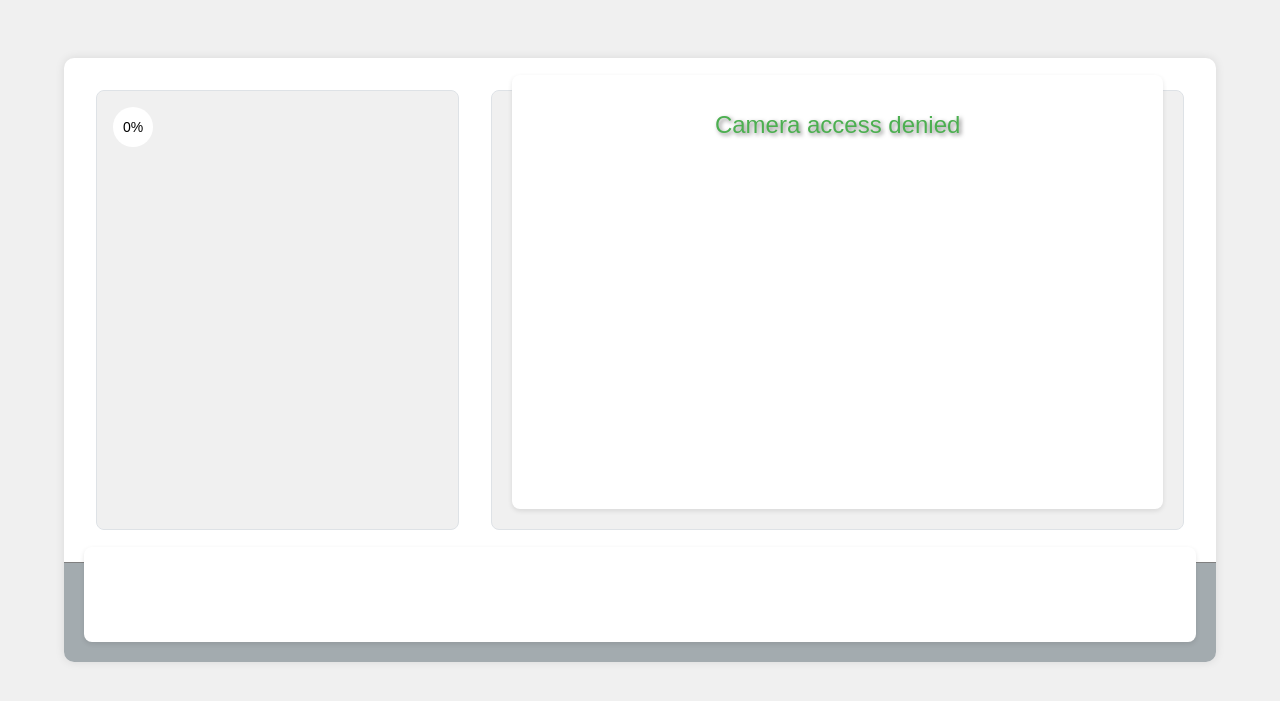
Repository: Ayaanns/E-kyc-BE-project
Page: http://localhost/
The author's editor kept a copy of each file at every save. The page is drawn from the files as they stood at one save, then again after the next save.
The browser window is 1280 px wide. The pictures show the whole page.
The page is served by the project's application, run on Django 4.2 (manage.py). A made-up administrator, testuser (Test User, test@example.com), is signed in. Other server files are loaded and not shown.

Above is the page before, as saved 2025-03-02 02:00:41.

### templates/home.html
<!DOCTYPE html>
<html lang="en">
<head>
    {% load static %}
    <meta charset="UTF-8">
    <meta name="viewport" content="width=device-width, initial-scale=1.0">
    <link rel="stylesheet" href="{% static 'styles.css' %}">
    <style>
        .webcam-feed {
            position: relative;
            width: 100%;
            height: auto;
        }

        .webcam-feed video {
            width: 100%;
            height: auto;
            border-radius: 15px;
            object-fit: cover;
        }

        /* Overlay container for status indicators */
        .status-overlay {
            position: absolute;
            top: 0;
            left: 0;
            right: 0;
            z-index: 10;
            padding: 20px;
            /* background: linear-gradient(to bottom, rgba(0,0,0,0.7) 0%, transparent 100%); */
            border-radius: 15px 15px 0 0;
        }

        .status-indicators {
            display: flex;
            justify-content: space-around;
            margin: 10px 0;
            font-size: 1.2em;
        }

        .status-box {
            /* background: rgba(0,0,0,0.6); */
            padding: 10px 20px;
            border-radius: 8px;
            text-align: center;
            color: white;
            border: 1px solid rgba(255,255,255,0.3);
            backdrop-filter: blur(.5px);
        }

        .verification-message {
            font-size: 1.5em;
            color: #4caf50;
            text-align: center;
            margin: 0 0 10px 0;
            text-shadow: 2px 2px 4px rgba(0,0,0,0.5);
        }

        .questions {
            position: absolute;
            bottom: 20px;
            left: 0;
            right: 0;
            text-align: center;
            color: white;
            /* background: rgba(0,0,0,0.6); */
            padding: 10px;
            margin: 0 20px;
            border-radius: 8px;
            backdrop-filter: blur(5px);
        }
    </style>
</head>
<body>
    <div class="container">
        <div class="content">
            <div class="result-feed">
                <div class="completion-circle" id="completion-circle">0%</div>
            </div>
            <div class="webcam-feed">
                <video id="webcam" autoplay></video>
                <div class="status-overlay">
                    <div class="verification-message" id="messageText">Starting verification...</div>
                    <div class="status-indicators">
                        <div class="status-box">
                            Wave count: <span id="waveCount">0</span>/2
                        </div>
                        <div class="status-box">
                            Blink count: <span id="blinkCount">0</span>/3
                        </div>
                    </div>
                </div>
                <canvas id="canvasElement" style="display:none;"></canvas>
                <div class="questions" id="questions">Please follow the instructions...</div>
            </div>
        </div>
        <div class="transcript-section">
            <span class="questions">User Transcript</span>
            <p id="transcript"></p>
        </div>
    </div>

    <script>
        // Existing initialization code
        const video = document.getElementById('webcam');
        const canvas = document.getElementById('canvasElement');
        const ctx = canvas.getContext('2d');
        let verificationComplete = false;

        // Initialize webcam with human verification
        async function initCamera() {
            try {
                const stream = await navigator.mediaDevices.getUserMedia({ video: true });
                video.srcObject = stream;
                startVerificationProcess();
            } catch (err) {
                console.error("Error accessing camera:", err);
                document.getElementById('messageText').textContent = "Camera access denied";
            }
        }

        // Process frames for verification
        function processFrame() {
            if (verificationComplete) return;

            if (video.readyState === video.HAVE_ENOUGH_DATA) {
                canvas.width = video.videoWidth;
                canvas.height = video.videoHeight;
                ctx.drawImage(video, 0, 0);

                const frameData = canvas.toDataURL('image/jpeg');

                // Update the fetch URL to match the Django URL pattern
                fetch('{% url "process_frame" %}', {
                    method: 'POST',
                    headers: {
                        'Content-Type': 'application/json',
                        'X-CSRFToken': getCookie('csrftoken')
                    },
                    body: JSON.stringify({
                        frame: frameData
                    })
                })
                .then(response => response.json())
                .then(data => {
                    updateVerificationUI(data);
                    if (!data.phase_complete) {
                        requestAnimationFrame(processFrame);
                    }
                })
                .catch(err => {
                    console.error("Error:", err);
                    requestAnimationFrame(processFrame);
                });
            } else {
                requestAnimationFrame(processFrame);
            }
        }

        // Update UI with verification status
        function updateVerificationUI(data) {
            document.getElementById('messageText').textContent = data.message;
            document.getElementById('waveCount').textContent = data.wave_count;
            document.getElementById('blinkCount').textContent = data.blink_count;

            // Calculate completion percentage
            const totalSteps = 5; // 2 waves + 3 blinks
            const completedSteps = data.wave_count + data.blink_count;
            const percentage = Math.round((completedSteps / totalSteps) * 100);
            updateProgressCircle(percentage);

            if (data.phase_complete) {
                verificationComplete = true;
                startNLPProcess();
            }
        }

        // Existing helper functions
        function updateProgressCircle(percentage) {
            const circle = document.getElementById('completion-circle');
            circle.textContent = percentage + '%';
            circle.style.background = `conic-gradient(#4caf50 ${percentage * 3.6}deg, #ddd ${percentage * 3.6}deg)`;
        }

        function updateTranscript(data) {
            const transcript = document.getElementById('transcript');
            transcript.textContent = `First Name: ${data.first_name}, Last Name: ${data.last_name}, Age: ${data.age}, Phone: ${data.phone}`;
        }

        function askQuestion(question) {
            const questionsDiv = document.getElementById('questions');
            questionsDiv.textContent = question;
        }

        function startVerificationProcess() {
            document.getElementById('messageText').textContent = "Wave your hand to begin";
            processFrame();
        }

        // Modified startNLPProcess
        function startNLPProcess() {
            document.getElementById('messageText').textContent = "Verification complete! Starting voice recognition...";
            fetch('/nlp_process/')
                .then(response => response.json())
                .then(data => {
                    if (data.status === 'success') {
                        updateTranscript(data);
                        askQuestion("NLP process complete.");
                    } else {
                        askQuestion("NLP process failed.");
                    }
                })
                .catch(error => console.error('Error:', error));
        }

        // Get CSRF token
        function getCookie(name) {
            let cookieValue = null;
            if (document.cookie && document.cookie !== '') {
                const cookies = document.cookie.split(';');
                for (let i = 0; i < cookies.length; i++) {
                    const cookie = cookies[i].trim();
                    if (cookie.substring(0, name.length + 1) === (name + '=')) {
                        cookieValue = decodeURIComponent(cookie.substring(name.length + 1));
                        break;
                    }
                }
            }
            return cookieValue;
        }

        // Start the process
        document.addEventListener('DOMContentLoaded', (event) => {
            initCamera();
        });
    </script>
</body>
</html>

### ekyc/models.py
from django.db import models
from django.contrib.auth.models import AbstractBaseUser, PermissionsMixin, BaseUserManager
from django.utils import timezone
import random

class CustomUserManager(BaseUserManager):
    def create_user(self, email, username, password=None, **extra_fields):
        if not email:
            raise ValueError("The Email field must be set")
        email = self.normalize_email(email)
        user = self.model(email=email, username=username, **extra_fields)
        user.set_password(password)
        user.save(using=self._db)
        return user

    def create_superuser(self, email, username, password=None, **extra_fields):
        #extra_fields.setdefault('is_staff', True)
        extra_fields.setdefault('is_superuser', True)

        # if not extra_fields.get('is_staff'):
        #     raise ValueError("Superuser must have is_staff=True.")
        if not extra_fields.get('is_superuser'):
            raise ValueError("Superuser must have is_superuser=True.")

        return self.create_user(email, username, password, **extra_fields)

class CustomUser(AbstractBaseUser, PermissionsMixin):
    email = models.EmailField(unique=True)
    username = models.CharField(max_length=150, unique=True)
    is_active = models.BooleanField(default=True)
    pin = models.CharField(max_length=6)
    created_at = models.DateTimeField(auto_now_add=True)
    expires_at = models.DateTimeField(default=timezone.now)
    is_verified = models.BooleanField(default=True)

    objects = CustomUserManager()

    USERNAME_FIELD = 'email'
    REQUIRED_FIELDS = ['username']

    def __str__(self):
        return self.email


    def generate_pin(self):
        self.pin = str(random.randint(100000, 999999))
        self.expires_at = timezone.now() + timezone.timedelta(minutes=2)
        self.save()
        return self.pin

    def verify_pin(self, entered_pin):
        if timezone.now() > self.expires_at:
            return False, "PIN has Expired!"

        if self.pin != entered_pin:
            return False, "Incorrect PIN!"

        self.is_verified = True
        self.save()
        return True, "Email Successfully Verified!"


#models for sending the code and receving the code.
# class SendCode(models.Model): #for sending the code
#     email = models.OneToOneField(CustomUser, null=True, on_delete=models.CASCADE)
#     send_code = models.CharField(max_length=20)
#
#     def __str__(self):
#         return self.send_code
#
# class ReceivedCode(models.Model): #for sending the code
#     email = models.OneToOneField(CustomUser, null=True, on_delete=models.CASCADE)
#     receive_code = models.CharField(max_length=20)
#
#     def __str__(self):
#         return self.receive_code

# Create your models here.
class KYCSession(models.Model):
    name = models.CharField(max_length=100)
    birth_date = models.DateField()
    id_card_image = models.ImageField(upload_to='id_cards/')
    liveness_score = models.FloatField()
    result = models.TextField()
    created_at = models.DateTimeField(auto_now_add=True)

    def __str__(self):
        return self.name

### ekyc/views.py
from django.shortcuts import render, redirect
from django.urls import reverse_lazy
from django.contrib.auth.decorators import login_required
from django.contrib.auth import login, authenticate, get_user_model
from django.contrib.messages.views import SuccessMessageMixin
from django.contrib.auth.views import LoginView
from django.contrib import messages
from django.core.mail import send_mail
from django.conf import settings
from django.http import JsonResponse
from django.views.decorators.csrf import csrf_exempt
import numpy as np
import cv2
import json
import base64

import threading

from .forms import CustomUserCreationForm, CustomAuthenticationForm, PinVerificationForm
from ekyc import logger
from .models import CustomUser
from .HumanV import HumanVerificationSystem
from .NLP import UserInfo, get_user_info
from .OCR import capture_image_with_guide, extract_text_with_confidence, extract_aadhar_details

User = get_user_model()

def send_verification_email(user):
    subject = "Email Verification PIN"
    message = f"""
    Hello {user.username},

    Your email verification PIN is: {user.pin}

    This PIN will expire in 24 hours.

    Thank you,
    Your Website Team
    """
    from_email = settings.DEFAULT_FROM_EMAIL
    recipient_list = [user.email]

    send_mail(subject, message, from_email, recipient_list)

@login_required
def ekyc_home(request):
    return render(request, 'home.html')

def signup_view(request):
    logger.info("into the signup page view")
    if request.method == 'POST':
        form = CustomUserCreationForm(request.POST)
        if form.is_valid():
            user = form.save(commit=False)
            user.is_active = True  # User needs to be active to log in
            user.is_verified = False  # But not verified yet
            user.generate_pin()
            user.save()

            # Send verification email
            send_verification_email(user)

            # Log in the user after signup
            raw_password = form.cleaned_data.get('password1')
            user = authenticate(email=user.email, password=raw_password)
            if user is not None:
                login(request, user)
                messages.success(request, f"Verification PIN sent to {user.email}.")
                return redirect('verify_pin')
    else:
        form = CustomUserCreationForm()
    return render(request, 'signup.html', {'form': form})

@login_required
def verify_pin(request):
    user = request.user

    if user.is_verified:
        messages.info(request, "Your email is already verified.")
        return redirect("ekyc_home")

    if request.method == "POST":
        form = PinVerificationForm(request.POST)
        if form.is_valid():
            entered_pin = form.cleaned_data.get('pin')
            success, message = user.verify_pin(entered_pin)

            if success:
                user.is_verified = True
                user.save()
                messages.success(request, message)
                return redirect('ekyc_home')
            else:
                messages.error(request, message)
    else:
        form = PinVerificationForm()

    return render(request, 'signup.html', {'form': form})

class Login(SuccessMessageMixin, LoginView):
    template_name = 'login.html'
    success_url = reverse_lazy('ekyc_home')
    success_message = "Successfully logged in!"
    form_class = CustomAuthenticationForm

    def get_success_url(self):
        return self.success_url

    def form_valid(self, form):
        """Security check complete. Log the user in."""
        user = form.get_user()
        if not user.is_verified:
            messages.error(self.request, "Please verify your email before logging in.")
            login(self.request, user)
            return redirect('verify_pin')
        return super().form_valid(form)

#--MAIN FEATURS HERE ---------------------------------
@login_required
def process_video(request):
    logger.info("INTO THE process_video PAGE RIGHT NOW!")
    if request.method == "POST":
        video_feed = request.FILES.get('video')
        liveness_score = 0.95
        return JsonResponse({'liveness_score': liveness_score})
    return JsonResponse({'error': 'invalide request'})


@login_required
def process_id_card(request):
    logger.info("INTO THE process_id_card PAGE RIGHT NOW!")
    if request.method == "POST":
        id_image = request.FILES.get('id_image')
        result = "Valid ID"
        return JsonResponse({'result': result})
    return JsonResponse({'error': 'invalide request'})

def home(request):
    return render(request, 'home.html')

@login_required
def human_verification(request):
    """Handle both GET (initial page load) and POST (frame processing) requests"""
    if request.method == 'GET':
        return render(request, 'human_verification.html')

    elif request.method == 'POST':
        try:
            data = json.loads(request.body)
            frame_data = data.get('frame')

            if not frame_data:
                return JsonResponse({
                    'status': 'error',
                    'message': 'No frame data provided'
                })

            # Process the frame using verifier
            frame_bytes = base64.b64decode(frame_data.split(',')[1])
            frame_arr = np.frombuffer(frame_bytes, np.uint8)
            frame = cv2.imdecode(frame_arr, cv2.IMREAD_COLOR)

            result = verifier.verify_frame(frame)
            return JsonResponse(result)

        except Exception as e:
            logger.error(f"Error in human verification: {str(e)}")
            return JsonResponse({
                'status': 'error',
                'message': str(e)
            })

    return JsonResponse({
        'status': 'error',
        'message': 'Invalid request method'
    })

def nlp_process(request):
    user_info = UserInfo()
    stop_event = threading.Event()
    info_thread = threading.Thread(target=get_user_info, args=(stop_event, user_info))
    info_thread.start()
    info_thread.join()
    return JsonResponse({
        'status': 'success',
        'first_name': user_info.first_name,
        'last_name': user_info.last_name,
        'age': user_info.age,
        'phone': user_info.phone
    })

def ocr_process(request):
    image_path = capture_image_with_guide()
    if not image_path:
        return JsonResponse({'status': 'failure', 'message': 'Image capture failed.'})

    text_results = extract_text_with_confidence(image_path)
    if not text_results:
        return JsonResponse({'status': 'failure', 'message': 'No text could be extracted from the image.'})

    details = extract_aadhar_details(text_results)
    return JsonResponse(details)

verifier = HumanVerificationSystem()

@csrf_exempt
def process_frame(request):
    if request.method != 'POST':
        return JsonResponse({'error': 'Only POST requests are allowed'})

    try:
        data = json.loads(request.body)
        frame_data = data.get('frame')

        if not frame_data:
            return JsonResponse({'error': 'No frame data provided'})

        # Convert base64 to frame
        frame_bytes = base64.b64decode(frame_data.split(',')[1])
        frame_arr = np.frombuffer(frame_bytes, np.uint8)
        frame = cv2.imdecode(frame_arr, cv2.IMREAD_COLOR)

        # Process frame
        result = verifier.verify_frame(frame)
        return JsonResponse(result)

    except Exception as e:
        return JsonResponse({'error': str(e)})

@csrf_exempt
def capture_photo(request):
    if request.method != 'POST':
        return JsonResponse({'error': 'Only POST requests are allowed'})

    try:
        data = json.loads(request.body)
        frame_data = data.get('frame')

        if not frame_data:
            return JsonResponse({'error': 'No frame data provided'})

        # Convert base64 to frame
        frame_bytes = base64.b64decode(frame_data.split(',')[1])
        frame_arr = np.frombuffer(frame_bytes, np.uint8)
        frame = cv2.imdecode(frame_arr, cv2.IMREAD_COLOR)

        # Save photo
        filename = verifier.save_photo(frame)
        if filename:
            return JsonResponse({'success': True, 'filename': filename})
        else:
            return JsonResponse({'error': 'Failed to save photo'})

    except Exception as e:
        return JsonResponse({'error': str(e)})

### ekyc_project/urls.py
"""
URL configuration for ekyc_project project.

The `urlpatterns` list routes URLs to views. For more information please see:
    https://docs.djangoproject.com/en/4.2/topics/http/urls/
Examples:
Function views
    1. Add an import:  from my_app import views
    2. Add a URL to urlpatterns:  path('', views.home, name='home')
Class-based views
    1. Add an import:  from other_app.views import Home
    2. Add a URL to urlpatterns:  path('', Home.as_view(), name='home')
Including another URLconf
    1. Import the include() function: from django.urls import include, path
    2. Add a URL to urlpatterns:  path('blog/', include('blog.urls'))
"""

from django.contrib import admin
from django.urls import path, include

urlpatterns = [
    path("admin/", admin.site.urls),
    path('', include('ekyc.urls')),  # Include ekyc app URLs
]

### ekyc/urls.py
from django.urls import path
from . import views

urlpatterns = [
    path('', views.ekyc_home, name="ekyc_home"),
    path('process_video/', views.process_video, name="process_video"),
    path('process_id_card/', views.process_id_card, name="process_id_card"),
    path('human_verification/', views.human_verification, name='human_verification'),
    path('nlp_process/', views.nlp_process, name='nlp_process'),
    path('ocr_process/', views.ocr_process, name='ocr_process'),
    path('process_frame/', views.process_frame, name='process_frame'),
    path('capture_photo/', views.capture_photo, name='capture_photo'),

    #login related routes
    path('login/', views.Login.as_view(), name="login"),
    path('signup/', views.signup_view, name="signup"),
    path('verify/', views.verify_pin, name="verify_pin"),
]

### ekyc/static/styles.css
* {
    margin: 0;
    padding: 0;
    box-sizing: border-box;
}

body {
    font-family: Arial, sans-serif;
    background-color: #f0f0f0;
    height: 100vh;
    display: flex;
    justify-content: center;
    align-items: center;
}

.container {
    width: 90%;
    max-width: 1200px;
    background: white;
    border-radius: 10px;
    box-shadow: 0 0 10px rgba(0,0,0,0.1);
    overflow: hidden;
}

.navbar {
    background: #f8f9fa;
    padding: 1rem;
    border-bottom: 1px solid #dee2e6;
}

.content {
    display: flex;
    padding: 2rem;
    gap: 2rem;
    height: 70vh;
}

.webcam-feed {
    flex: 2;
    background: #f0f0f0;
    border-radius: 8px;
    padding: 1rem;
    position: relative;
    border: 1px solid#dee2e6;
}

.result-feed {
    flex: 1;
    background: #f0f0f0;
    border-radius: 8px;
    padding: 1rem;
    border: 1px solid#dee2e6;
}

.questions {
    top: -1em;
    left: -.4em;
    position: absolute;
    background: white;
    padding: 0.5rem 1rem;
    border-radius: 20px;
    box-shadow: 0 2px 5px rgba(0,0,0,0.1);
}

.transcript-section {
    border-top: 1px solid gray;
    position: relative;
    text-align: left;
    background-color:#a3abaf;
    padding: 2em;
    height: 100px;
}

.completion-circle {
    right: 20px;
    bottom: 20px;
    width: 40px;
    height: 40px;
    border-radius: 50%;
    background: white;
    display: flex;
    align-items: center;
    justify-content: center;
    font-size: 14px;
}

/* Placeholder circles for demo */
/*
.circle {
    width: 100px;
    height: 100px;
    border-radius: 50%;
    border: 2px solid #dee2e6;
    margin: 20px auto;
}

.eye-shape {
    width: 200px;
    height: 100px;
    border-radius: 0 0 100px 100px;
    border: 2px solid #dee2e6;
    margin: 20px auto;
    transform: rotate(180deg);
}
*/

After the next save:
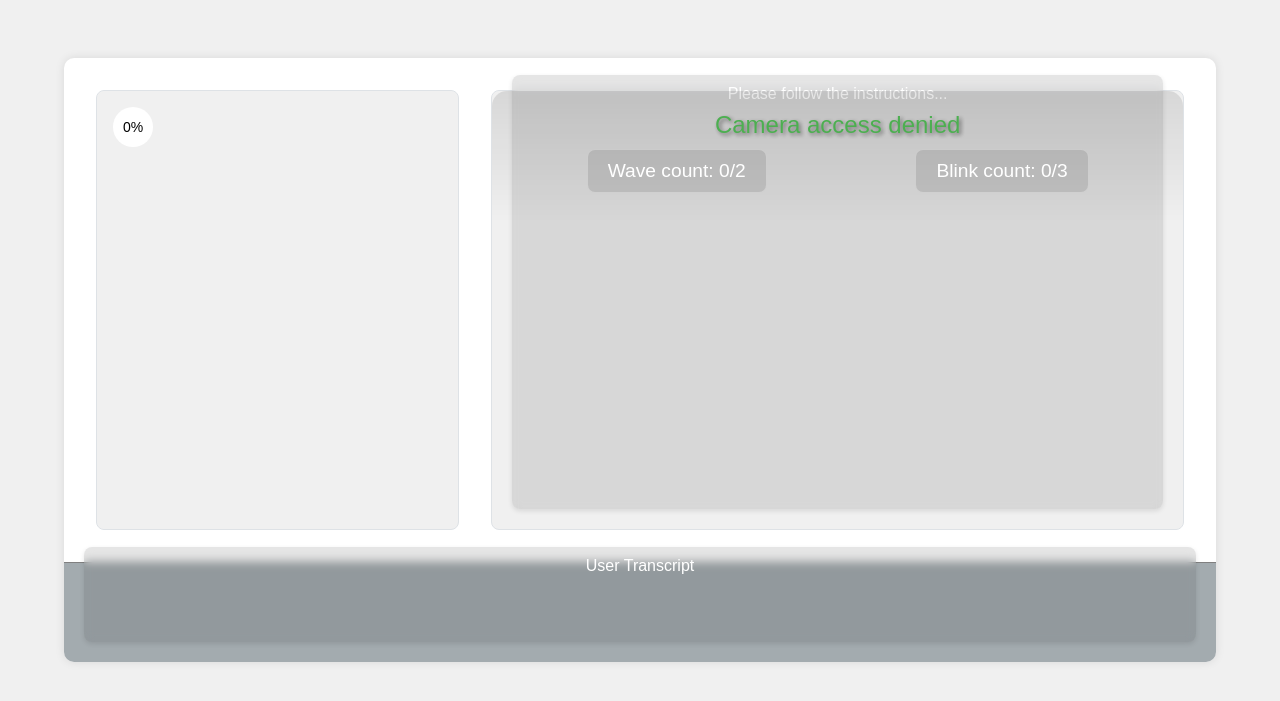
Saved 38 s later.
--- a/templates/home.html
+++ b/templates/home.html
@@ -27,7 +27,7 @@
             right: 0;
             z-index: 10;
             padding: 20px;
-            /* background: linear-gradient(to bottom, rgba(0,0,0,0.7) 0%, transparent 100%); */
+            background: linear-gradient(to bottom, rgba(0,0,0,0.1) 0%, transparent 100%);
             border-radius: 15px 15px 0 0;
         }
 
@@ -39,7 +39,7 @@
         }
 
         .status-box {
-            /* background: rgba(0,0,0,0.6); */
+            background: rgba(0,0,0,0.1);
             padding: 10px 20px;
             border-radius: 8px;
             text-align: center;
@@ -63,7 +63,7 @@
             right: 0;
             text-align: center;
             color: white;
-            /* background: rgba(0,0,0,0.6); */
+            background: rgba(0,0,0,0.1);
             padding: 10px;
             margin: 0 20px;
             border-radius: 8px;
